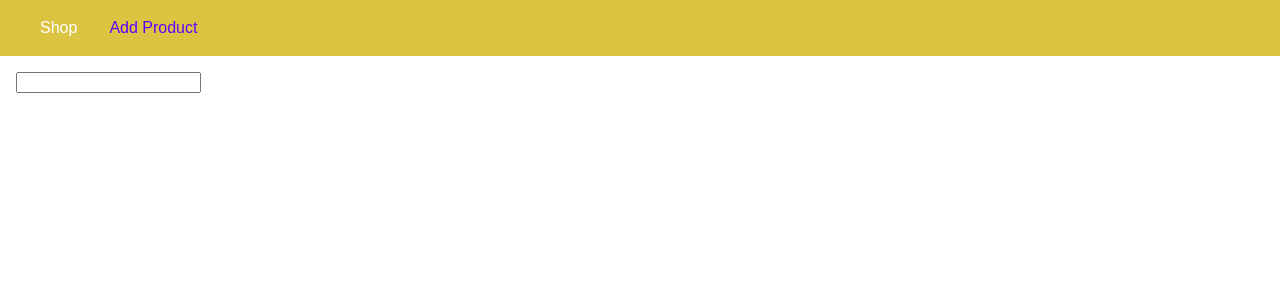
Repository: Hardyy00/NodeJS
Page: http://localhost/add-products
An editor plug-in stored every save of this project. The page is shown before and after the next save, followed by the edit.
The browser window is 1280 px wide. The pictures show the whole page.
The page is served by the project's Node server (app.js).

Above is the page before, as saved 2024-01-06 15:58:46.

After the next save:
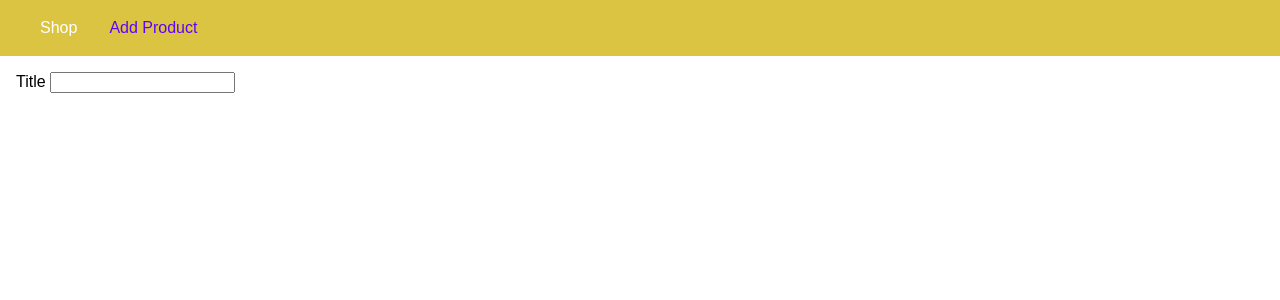
Saved 50 s later.
--- a/Dynamic-Routes-And-Advanced-Models/views/add-product.html
+++ b/Dynamic-Routes-And-Advanced-Models/views/add-product.html
@@ -66,9 +66,9 @@
     <main>
       <form action="/add-products" method="POST">
         <div class="form-control">
-          <label for="title">
-            <input type="text" name="title" />
-          </label>
+          <label for="title"> Title </label>
+
+          <input type="text" name="title" id="title" />
         </div>
       </form>
     </main>
